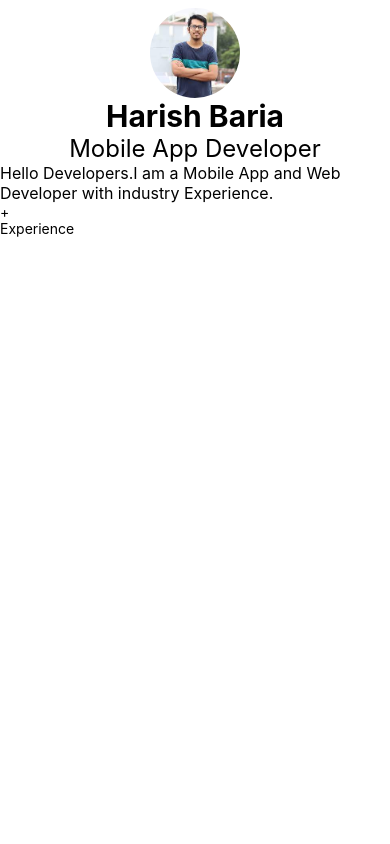
Repository: harishbariya/React-Native-ui-desiign
Screen: /
The author's editor kept a copy of each file at every save. The screen is drawn from the files as they stood at one save, then again after the next save.
The app was drawn by React Native's web renderer in a window 390 px wide. The project was rebuilt for these pictures with package versions that can differ from the ones it lists, and the page was loaded fresh each time.

Above is the screen before, as saved 2021-11-17 14:22:13.

After the next save:
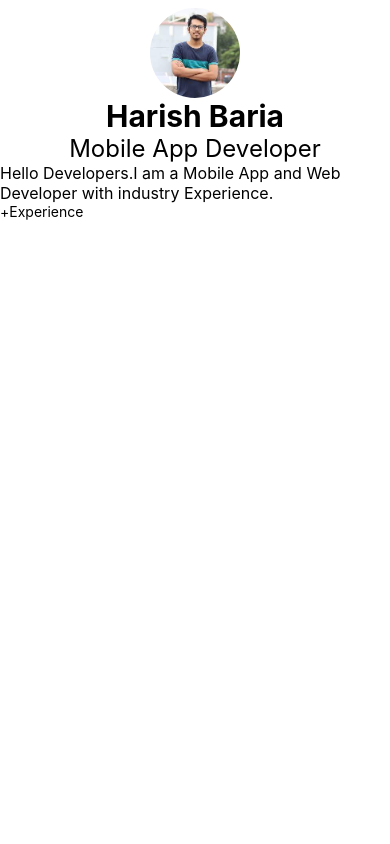
Saved 16 s later.
--- a/App.js
+++ b/App.js
@@ -17,7 +17,7 @@ class App extends Component
 
       <View>
 
-        <View>
+        <View style={{flexDirection:"row"}}>
           <Text>+</Text>
           <Text>Experience</Text>
         </View>
